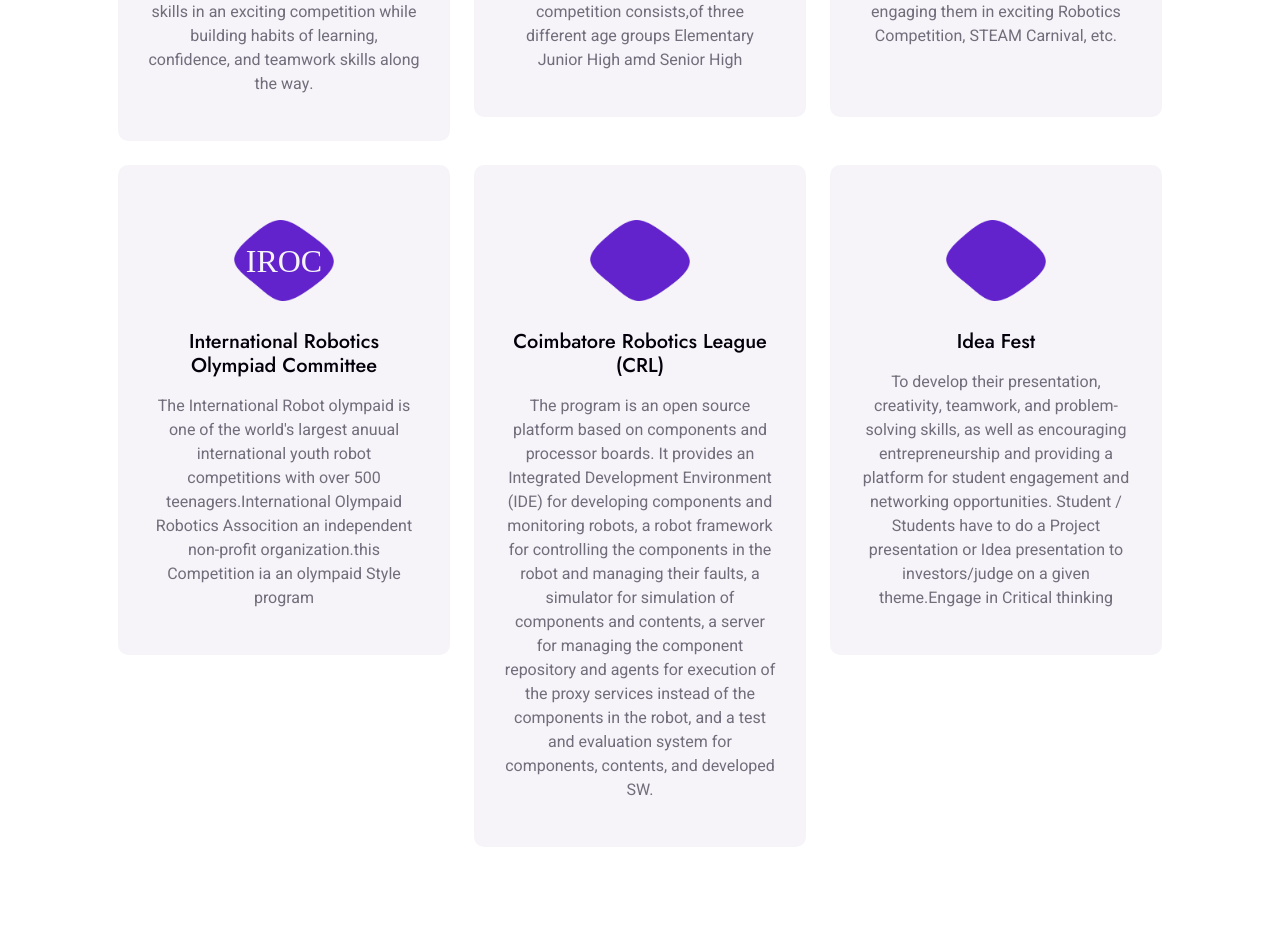
Repository: sabithaece/sab-006
Page: competition.html
An editor plug-in stored every save of this project. The page is shown before and after the next save, followed by the edit.
The browser window is 1280 px wide. The pictures show the part of the page from y = 1158 to 2110 px (the page is 2790 px tall before and 2598 px after).
A picture or video elsewhere on the page could not be fetched, so the positions and the page height are approximate. Some web libraries are served in a nearby version.

Above is the page before, as saved 2023-04-08 11:37:30.

### competition.html
<!DOCTYPE html>
<html lang="en">

<head>
    <meta charset="utf-8">
    <title>BigBodhi Academy </title>
    <meta content="width=device-width, initial-scale=1.0" name="viewport">
    <meta content="" name="keywords">
    <meta content="" name="description">

    <!-- Favicon -->
     <link href="img/logo.jpg" rel="icon">

    <!-- Google Web Fonts -->
    <link rel="preconnect" href="https://fonts.googleapis.com">
    <link rel="preconnect" href="https://fonts.gstatic.com" crossorigin>
    <link href="https://fonts.googleapis.com/css2?family=Heebo:wght@400;500&family=Jost:wght@500;600;700&display=swap" rel="stylesheet">

    <!-- Icon Font Stylesheet -->
    <link href="https://cdnjs.cloudflare.com/ajax/libs/font-awesome/5.10.0/css/all.min.css" rel="stylesheet">
    <link href="https://cdn.jsdelivr.net/npm/bootstrap-icons@1.4.1/font/bootstrap-icons.css" rel="stylesheet">

    <!-- Libraries Stylesheet -->
    <link href="lib/animate/animate.min.css" rel="stylesheet">
    <link href="lib/owlcarousel/assets/owl.carousel.min.css" rel="stylesheet">
    <link href="lib/lightbox/css/lightbox.min.css" rel="stylesheet">

    <!-- Customized Bootstrap Stylesheet -->
    <link href="css/bootstrap.min.css" rel="stylesheet">

    <!-- Template Stylesheet -->
    <link href="css/style.css" rel="stylesheet">
</head>

<body>
    <div class="container-xxl bg-white p-0">
        <!-- Spinner Start -->
        <div id="spinner" class="show bg-white position-fixed translate-middle w-100 vh-100 top-50 start-50 d-flex align-items-center justify-content-center">
            <div class="spinner-grow text-primary" style="width: 3rem; height: 3rem;" role="status">
                <span class="sr-only">Loading...</span>
            </div>
        </div>
        <!-- Spinner End -->


        <!-- Navbar & Hero Start -->
        <div class="container-xxl position-relative p-0">
            <nav class="navbar navbar-expand-lg navbar-light px-4 px-lg-5 py-3 py-lg-0">
                <a href="" class="navbar-brand p-0">
                    <h1 class="m-0">BigBodhi Academy</h1>
                    <!-- <img src="img/logo.png" alt="Logo"> -->
                </a>
                <button class="navbar-toggler" type="button" data-bs-toggle="collapse" data-bs-target="#navbarCollapse">
                    <span class="fa fa-bars"></span>
                </button>
                <div class="collapse navbar-collapse" id="navbarCollapse">
                    <div class="navbar-nav mx-auto py-0">
                        <a href="index.html" class="nav-item nav-link">Home</a>
                        <a href="about.html" class="nav-item nav-link">About</a>
                        <a href="competition.html" class="nav-item nav-link active">Competition</a>
                        <a href="course.html" class="nav-item nav-link">Course</a>
                        <!-- <div class="nav-item dropdown"> -->
                            <!-- <a href="#" class="nav-link dropdown-toggle" data-bs-toggle="dropdown">Pages</a> -->
                            <!-- <div class="dropdown-menu m-0"> -->
                                <!-- <a href="team.html" class="dropdown-item">Our Team</a> -->
                                <!-- <a href="testimonial.html" class="dropdown-item">Testimonial</a> -->
                                <!-- <a href="404.html" class="dropdown-item">404 Page</a> -->
                            <!-- </div> -->
                        <!-- </div> -->
                        <!-- <a href="contact.html" class="nav-item nav-link">Contact</a> -->
                    </div>
                    <a href="https://wa.me/+919841013505" class="btn rounded-pill py-2 px-4 ms-3 d-none d-lg-block">Whatsapp</a>
                </div>
            </nav>

            <div class="container-xxl py-5 bg-primary hero-header">
                <div class="container my-5 py-5 px-lg-5">
                    <div class="row g-5 py-5">
                        <div class="col-12 text-center">
                            <h1 class="text-white animated slideInDown">Competition</h1>
                            <hr class="bg-white mx-auto mt-0" style="width: 90px;">
                            <nav aria-label="breadcrumb">
                                <ol class="breadcrumb justify-content-center">
<!--                                     <li class="breadcrumb-item"><a class="text-white" href="#">Home</a></li> -->
<!--                                     <li class="breadcrumb-item"><a class="text-white" href="#">Pages</a></li> -->
<!--                                     <li class="breadcrumb-item text-white active" aria-current="page">Competition</li> -->
                                </ol>
                            </nav>
                        </div>
                    </div>
                </div>
            </div>
        </div>
        <!-- Navbar & Hero End -->


       <!-- Service Start -->
        <div class="container-xxl py-5">
            <div class="container py-5 px-lg-5">
                <div class="wow fadeInUp" data-wow-delay="0.1s">

                    <h1 class="text-center mb-5">Competition</h1>
                </div>
                <div class="row g-4">
                    <div class="col-lg-4 col-md-6 wow fadeInUp" data-wow-delay="0.1s">
                        <div class="service-item d-flex flex-column text-center rounded">
                            <div class="service-icon flex-shrink-0">
                                 <i class="fab  fa-2x">FLL</i>
                            </div>
                            <h5 class="mb-3">First LEGO League</h5>
                            <p class="m-0">The FIRST LEGO League Challenge is an International competition organized by FIRST, it guides youth through STEM learning and exploration at an early age. From Discover, to Explore, and then to Challenge, students will understand the basics of STEM and apply their skills in an exciting competition while building habits of learning, confidence, and teamwork skills along the way.<br></p>


                            <a class="btn btn-square" href=""><i class="fa fa-arrow-right"></i></a>
                        </div>
                    </div>
                    <div class="col-lg-4 col-md-6 wow fadeInUp" data-wow-delay="0.3s">
                        <div class="service-item d-flex flex-column text-center rounded">
                            <div class="service-icon flex-shrink-0">
                                <i class="fab  fa-2x">WRO</i>
                                <!-- <i class="fa fa-laptop-code fa-2x"></i> -->
                            </div>
                            <h5 class="mb-3">World Robotic Olympiad</h5>
                            <p class="m-0"> The World Robot Olympiad is a global robotics competition for young people. The World Robot Olympiad competition uses Lego Mindstorms manufactured by LEGO Education. First held in 2004 in Singapore, it now attracts more than 28,000 teams from more than 85 countries.The competition consists,of three different age groups Elementary Junior High amd Senior High
                            </p>
                            <a class="btn btn-square" href=""><i class="fa fa-arrow-right"></i></a>
                        </div>
                    </div>
                    <div class="col-lg-4 col-md-6 wow fadeInUp" data-wow-delay="0.5s">
                        <div class="service-item d-flex flex-column text-center rounded">
                            <div class="service-icon flex-shrink-0">
                                <i class="fab  fa-2x">mX</i>
                                <!-- <i class="fab fa-facebook-f fa-2x"></i> -->
                            </div>
                            <h5 class="mb-3">MakeX</h5>
                            <p class="m-0">MakeX is a robotics competition platform that promotes multidisciplinary learning within the fields of science and technology. It aims at building a world where STEAM education is highly appreciated and where young people are passionate about innovation by engaging them in exciting Robotics Competition, STEAM Carnival, etc.
                            <br>
                            <br>
                            </p>

                            <a class="btn btn-square" href=""><i class="fa fa-arrow-right"></i></a>
                        </div>
                    </div>
                    <div class="col-lg-4 col-md-6 wow fadeInUp" data-wow-delay="0.1s">
                        <div class="service-item d-flex flex-column text-center rounded">
                            <div class="service-icon flex-shrink-0">
                                <i class="fab  fa-2x">IROC</i>
                                <!-- <i class="fa fa-mail-bulk fa-2x"></i> -->
                            </div>
                            <h5 class="mb-3">International Robotics Olympiad Committee</h5>
                            <p class="m-0">The International Robot olympaid is one of the world's largest anuual international youth robot competitions with over 500 teenagers.International Olympaid Robotics Assocition an independent non-profit organization.this Competition ia an olympaid Style program </p>
                            <a class="btn btn-square" href=""><i class="fa fa-arrow-right"></i></a>
                        </div>
                    </div>
                    <div class="col-lg-4 col-md-6 wow fadeInUp" data-wow-delay="0.3s">
                        <div class="service-item d-flex flex-column text-center rounded">
                            <div class="service-icon flex-shrink-0">
                                <!-- <i class="fa fa-thumbs-up fa-2x"></i> -->
                            </div>
                            <h5 class="mb-3">Coimbatore Robotics League (CRL)</h5>
                            <p class="m-0">The program is an open source platform based on components and processor
                                boards. It provides an Integrated Development Environment (IDE) for developing
                                components and monitoring robots, a robot framework for controlling the components in
                                the robot and managing their faults, a simulator for simulation of components and
                                contents, a server for managing the component repository and agents for execution of the
                                proxy services instead of the components in the robot, and a test and evaluation system
                                for components, contents, and developed SW.</p>
                            <a class="btn btn-square" href=""><i class="fa fa-arrow-right"></i></a>
                        </div>
                    </div>
                    <div class="col-lg-4 col-md-6 wow fadeInUp" data-wow-delay="0.5s">
                        <div class="service-item d-flex flex-column text-center rounded">
                            <div class="service-icon flex-shrink-0">
                                <!-- <i class="fab fa-android fa-2x"></i> -->
                            </div>
                            <h5 class="mb-3">Idea Fest</h5>
                            <p class="m-0">To develop their presentation, creativity, teamwork, and problem-solving skills, as well as encouraging entrepreneurship and providing a platform for student engagement and networking opportunities.
                                Student / Students have to do a Project presentation or Idea presentation to investors/judge on a given theme.Engage in Critical thinking</p>
                            <a class="btn btn-square" href=""><i class="fa fa-arrow-right"></i></a>
                        </div>
                    </div>
                </div>
            </div>
        </div>


        <!-- Footer Start -->
        <div class="container-fluid bg-primary text-light footer wow fadeIn" data-wow-delay="0.1s">
            <div class="container py-5 px-lg-5">
                <div class="row g-5">
                    <div class="col-md-6 col-lg-4">
                        <p class="section-title text-white h5 mb-4">Address<span></span></p>
                        <p><i class="fa fa-map-marker-alt me-3"></i>BigBodhi Academy,
                            13/23, Ari Garden,
                            Nehru Nagar,
                            Coimbatore-48
                            </p>
                            <p><i href="tel:+919841013505" class="fa fa-phone-alt me-3"></i>+91 984 1013 505</p>
                        <p><i class="fa fa-envelope me-3"></i>bigbodhiacademy@gmail</p>
                        <div class="d-flex pt-2">
                            <a class="btn btn-outline-light btn-social" href=""><i class="fab fa-twitter"></i></a>
                            <a class="btn btn-outline-light btn-social" href=""><i class="fab fa-facebook-f"></i></a>
                            <a class="btn btn-outline-light btn-social" href=""><i class="fab fa-instagram"></i></a>
                            <a class="btn btn-outline-light btn-social" href=""><i class="fab fa-linkedin-in"></i></a>
                        </div>
                    </div>
                    <div class="col-md-6 col-lg-4">
                        <p class="section-title text-white h5 mb-4">Quick Link<span></span></p>
                        <a class="btn btn-link" >About Us</a>
                        <a class="btn btn-link" >Contact Us</a>
                        <a class="btn btn-link" >Privacy Policy</a>
                        <a class="btn btn-link" >Terms & Condition</a>
                        <a class="btn btn-link" >Career</a>
                    </div>
                     <div class="col-md-6 col-lg-4">
                        <p class="section-title text-white h5 mb-4">Gallery<span></span></p>
                        <div class="row g-2">
                            <div class="col-4">
                                <img class="img-fluid" src="rewards/1.jpg" alt="Image">
                            </div>
                            <div class="col-4">
                                <img class="img-fluid" src="rewards/2.jpg" alt="Image">
                            </div>
                            <div class="col-4">
                                <img class="img-fluid" src="rewards/3.jpg" alt="Image">
                            </div>
                            <div class="col-4">
                                <img class="img-fluid" src="rewards/4.jpg" alt="Image">
                            </div>
                            <div class="col-4">
                                <img class="img-fluid" src="rewards/5.jpg" alt="Image">
                            </div>
                            <div class="col-4">
                                <img class="img-fluid" src="rewards/6.jpg" alt="Image">
                            </div>
                            <div class="col-4">
                                <img class="img-fluid" src="rewards/7.jpg" alt="Image">
                            </div>
                            <div class="col-4">
                                <img class="img-fluid" src="rewards/8.jpg" alt="Image">
                            </div>
                            <div class="col-4">
                                <img class="img-fluid" src="rewards/9.jpg" alt="Image">
                            </div>
                        </div>
                    </div>
                </div>
            </div>
            <div class="container px-lg-5">
                <div class="copyright">
                    <div class="row">
                        <div class="col-md-6 text-center text-md-start mb-3 mb-md-0">
                            &copy; <a class="border-bottom" href="#">Bigbodhiacademy.com</a>, All Right Reserved.


<!--                             Designed By <a class="border-bottom" href="#">HTML Codex</a><br><br> -->

                        </div>
                        <div class="col-md-6 text-center text-md-end">
                            <div class="footer-menu">
                                <a>Home</a>
                                <a>Cookies</a>
                                <a>Help</a>
                                <a>FQAs</a>
                            </div>
                        </div>
                    </div>
                </div>
            </div>
        </div>
        <!-- Footer End -->


        <!-- Back to Top -->
        <a href="#" class="btn btn-lg btn-secondary btn-lg-square back-to-top"><i class="bi bi-arrow-up"></i></a>
    </div>

    <!-- JavaScript Libraries -->
    <script src="https://code.jquery.com/jquery-3.4.1.min.js"></script>
    <script src="https://cdn.jsdelivr.net/npm/bootstrap@5.0.0/dist/js/bootstrap.bundle.min.js"></script>
    <script src="lib/wow/wow.min.js"></script>
    <script src="lib/easing/easing.min.js"></script>
    <script src="lib/waypoints/waypoints.min.js"></script>
    <script src="lib/counterup/counterup.min.js"></script>
    <script src="lib/owlcarousel/owl.carousel.min.js"></script>
    <script src="lib/isotope/isotope.pkgd.min.js"></script>
    <script src="lib/lightbox/js/lightbox.min.js"></script>

    <!-- Template Javascript -->
    <script src="js/main.js"></script>
</body>

</html>

Loaded but not shown: lib/animate/animate.min.css (library); lib/owlcarousel/assets/owl.carousel.min.css (common file); lib/lightbox/css/lightbox.min.css (common file); css/bootstrap.min.css (library); lib/wow/wow.min.js (library); lib/easing/easing.min.js (common file); lib/waypoints/waypoints.min.js (library); lib/counterup/counterup.min.js (common file); lib/owlcarousel/owl.carousel.min.js (library); lib/isotope/isotope.pkgd.min.js (library); lib/lightbox/js/lightbox.min.js (library); js/main.js (93 lines, source omitted); css/style.css (591 lines, source omitted)

After the next save:
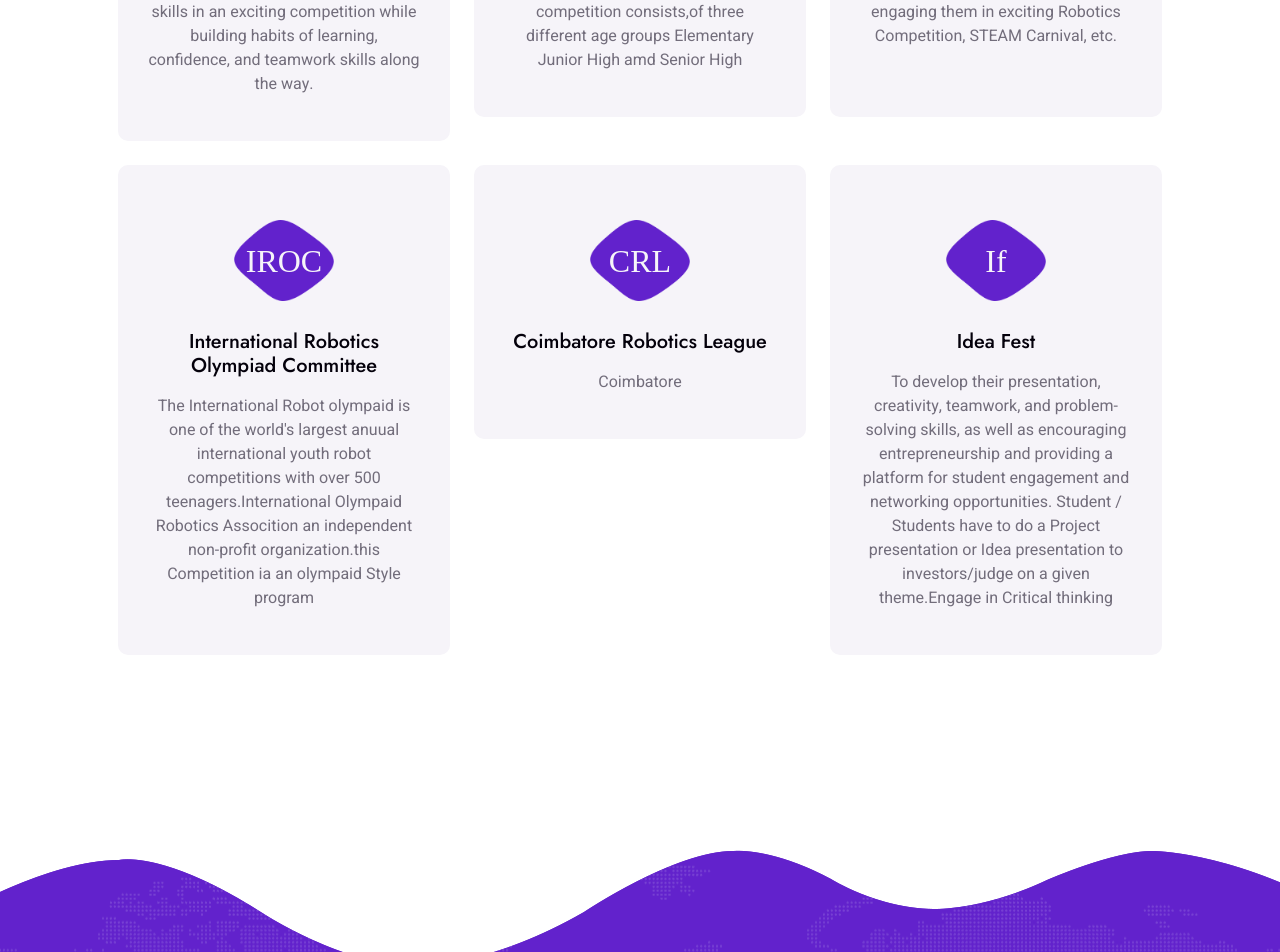
Saved 98 s later.
--- a/competition.html
+++ b/competition.html
@@ -155,22 +155,18 @@
                     <div class="col-lg-4 col-md-6 wow fadeInUp" data-wow-delay="0.3s">
                         <div class="service-item d-flex flex-column text-center rounded">
                             <div class="service-icon flex-shrink-0">
+                                <i class="fab  fa-2x">CRL</i>
                                 <!-- <i class="fa fa-thumbs-up fa-2x"></i> -->
                             </div>
-                            <h5 class="mb-3">Coimbatore Robotics League (CRL)</h5>
-                            <p class="m-0">The program is an open source platform based on components and processor
-                                boards. It provides an Integrated Development Environment (IDE) for developing
-                                components and monitoring robots, a robot framework for controlling the components in
-                                the robot and managing their faults, a simulator for simulation of components and
-                                contents, a server for managing the component repository and agents for execution of the
-                                proxy services instead of the components in the robot, and a test and evaluation system
-                                for components, contents, and developed SW.</p>
+                            <h5 class="mb-3">Coimbatore Robotics League</h5>
+                            <p class="m-0">Coimbatore</p>
                             <a class="btn btn-square" href=""><i class="fa fa-arrow-right"></i></a>
                         </div>
                     </div>
                     <div class="col-lg-4 col-md-6 wow fadeInUp" data-wow-delay="0.5s">
                         <div class="service-item d-flex flex-column text-center rounded">
                             <div class="service-icon flex-shrink-0">
+                                <i class="fab  fa-2x">If</i>
                                 <!-- <i class="fab fa-android fa-2x"></i> -->
                             </div>
                             <h5 class="mb-3">Idea Fest</h5>
